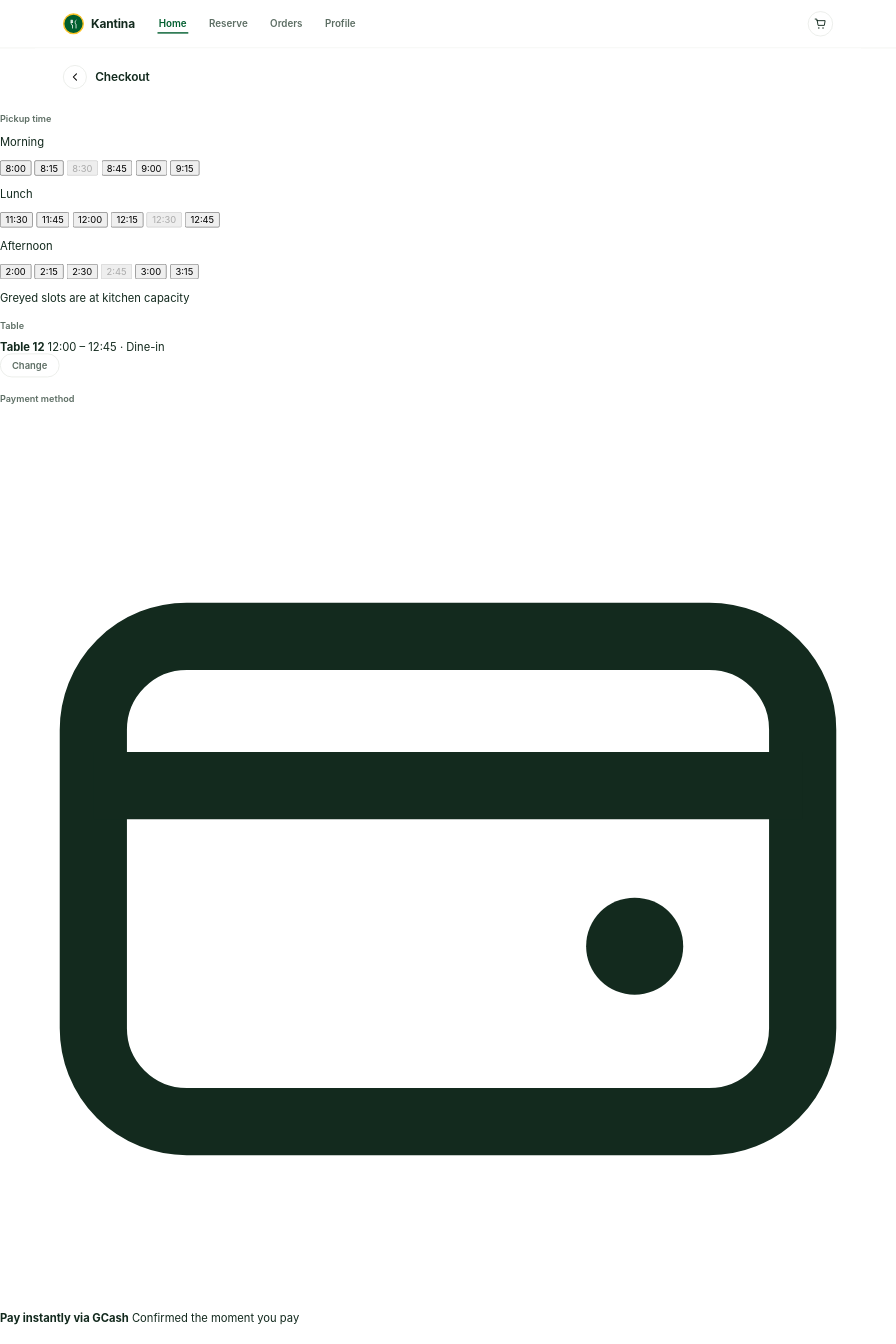
Repository: ShaneValerie/IP-Project-Kantina-Group5
Page: checkout.html
The author's editor kept a copy of each file at every save. The page is drawn from the files as they stood at one save, then again after the next save.
The browser window is 1280 px wide. The pictures show the part of the page from y = 0 to 1920 px (the page is 3266 px tall), at 70% of full size.

Above is the page before, as saved 2026-09-22 19:43:26.

### checkout.html
<!DOCTYPE html>
<html lang="en">
<head>
<meta charset="UTF-8">
<meta name="viewport" content="width=device-width, initial-scale=1, viewport-fit=cover">
<title>Checkout — Kantina</title>
<link rel="stylesheet" href="style.css">
</head>
<body class="page-checkout">
<div class="app-frame" id="screen-checkout">
  <div class="topnav">
    <div class="topnav-inner">
      <a class="topnav-brand" href="home.html">
        <span class="mark"><svg viewBox="0 0 24 24" fill="none" width="15" height="15"><path d="M6 3v8a3 3 0 0 0 3 3v7M6 3v5M9 3v5M6 8h3M17 3c-2 1.2-2 4-2 6 0 1.6.8 2.6 2 3v9" stroke="#FFFFFF" stroke-width="1.8" stroke-linecap="round" stroke-linejoin="round"/></svg></span>
        Kantina
      </a>
      <nav class="topnav-links">
        <a href="home.html" class="active">Home</a>
        <a href="#">Reserve</a>
        <a href="#">Orders</a>
        <a href="#">Profile</a>
      </nav>
      <div class="topnav-actions">
        <a class="icon-btn" href="cart.html" aria-label="Cart">
          <svg viewBox="0 0 24 24" fill="none" width="17" height="17"><path d="M6 6h15l-1.5 9h-12L6 6Zm0 0L5 3H2" stroke="currentColor" stroke-width="1.8" stroke-linecap="round" stroke-linejoin="round"/><circle cx="9" cy="20" r="1.4" fill="currentColor"/><circle cx="17" cy="20" r="1.4" fill="currentColor"/></svg>
        </a>
      </div>
    </div>
  </div>
  <div class="appbar">
    <button class="icon-btn" type="button" aria-label="Go back" onclick="history.back()">
      <svg viewBox="0 0 24 24" fill="none"><path d="M15 6l-6 6 6 6" stroke="currentColor" stroke-width="2" stroke-linecap="round" stroke-linejoin="round"/></svg>
    </button>
    <h1>Checkout</h1>
  </div>

  <div class="scroll" style="position:relative;">
    <div class="flow-body">

      <!-- Pickup time -->
      <div class="section-block">
        <h2 class="section-label">Pickup time</h2>

        <div class="time-group">
          <p class="time-group-label">Morning</p>
          <div class="slot-grid pickup-grid" role="group" aria-label="Morning pickup time">
            <button class="slot" type="button" data-time="8:00" aria-pressed="false">8:00</button>
            <button class="slot" type="button" data-time="8:15" aria-pressed="false">8:15</button>
            <button class="slot" type="button" disabled aria-disabled="true">8:30</button>
            <button class="slot" type="button" data-time="8:45" aria-pressed="false">8:45</button>
            <button class="slot" type="button" data-time="9:00" aria-pressed="false">9:00</button>
            <button class="slot" type="button" data-time="9:15" aria-pressed="false">9:15</button>
          </div>
        </div>

        <div class="time-group">
          <p class="time-group-label">Lunch</p>
          <div class="slot-grid pickup-grid" role="group" aria-label="Lunch pickup time">
            <button class="slot" type="button" data-time="11:30" aria-pressed="true">11:30</button>
            <button class="slot" type="button" data-time="11:45" aria-pressed="false">11:45</button>
            <button class="slot" type="button" data-time="12:00" aria-pressed="false">12:00</button>
            <button class="slot" type="button" data-time="12:15" aria-pressed="false">12:15</button>
            <button class="slot" type="button" disabled aria-disabled="true">12:30</button>
            <button class="slot" type="button" data-time="12:45" aria-pressed="false">12:45</button>
          </div>
        </div>

        <div class="time-group" style="margin-bottom:0;">
          <p class="time-group-label">Afternoon</p>
          <div class="slot-grid pickup-grid" role="group" aria-label="Afternoon pickup time">
            <button class="slot" type="button" data-time="2:00" aria-pressed="false">2:00</button>
            <button class="slot" type="button" data-time="2:15" aria-pressed="false">2:15</button>
            <button class="slot" type="button" data-time="2:30" aria-pressed="false">2:30</button>
            <button class="slot" type="button" disabled aria-disabled="true">2:45</button>
            <button class="slot" type="button" data-time="3:00" aria-pressed="false">3:00</button>
            <button class="slot" type="button" data-time="3:15" aria-pressed="false">3:15</button>
          </div>
        </div>

        <p class="slot-note">Greyed slots are at kitchen capacity</p>
      </div>

      <!-- Table -->
      <div class="section-block">
        <h2 class="section-label">Table</h2>
        <div class="info-row">
          <div class="info-main">
            <strong id="table-info">Table 12</strong>
            <span>12:00 – 12:45 · Dine-in</span>
          </div>
          <button class="chip" type="button" onclick="showToast('Would open Reserve a table')">Change</button>
        </div>
      </div>

      <!-- Payment -->
      <div class="section-block">
        <h2 class="section-label">Payment method</h2>
        <div class="option-list" id="payment-group" role="radiogroup" aria-label="Payment method">
          <div class="option-row" data-value="gcash" role="radio" aria-checked="true" tabindex="0">
            <span class="option-radio"></span>
            <div class="option-icon">
              <svg viewBox="0 0 24 24" fill="none"><rect x="2.5" y="6" width="19" height="13" rx="2.5" stroke="currentColor" stroke-width="1.8"/><path d="M2.5 10h19" stroke="currentColor" stroke-width="1.8"/><circle cx="17" cy="14.3" r="1.3" fill="currentColor"/></svg>
            </div>
            <div class="option-text">
              <strong>Pay instantly via GCash</strong>
              <span>Confirmed the moment you pay</span>
            </div>
          </div>
          <div class="option-row" data-value="counter" role="radio" aria-checked="false" tabindex="0">
            <span class="option-radio"></span>
            <div class="option-icon">
              <svg viewBox="0 0 24 24" fill="none"><path d="M4 8h16v9a2 2 0 0 1-2 2H6a2 2 0 0 1-2-2V8Z" stroke="currentColor" stroke-width="1.8" stroke-linejoin="round"/><path d="M8 8V6a4 4 0 0 1 8 0v2" stroke="currentColor" stroke-width="1.8"/></svg>
            </div>
            <div class="option-text">
              <strong>Pay at counter</strong>
              <span>Cash or card when you pick up</span>
            </div>
          </div>
        </div>
      </div>

    </div>

    <div class="sticky-footer">
      <div class="pay-row">
        <div class="pay-total">
          <strong>₱150</strong>
          <span>3 items · Table 12</span>
        </div>
        <button class="btn btn-primary btn-compact" type="button" id="pay-btn" onclick="handlePay()">Pay ₱150 →</button>
      </div>
    </div>

    <div class="toast" id="toast" role="status" aria-live="polite"></div>
  </div>
</div>
<script src="app.js"></script>
</body>
</html>

Loaded but not shown: app.js (109 lines, source omitted); style.css (472 lines, source omitted)

After the next save:
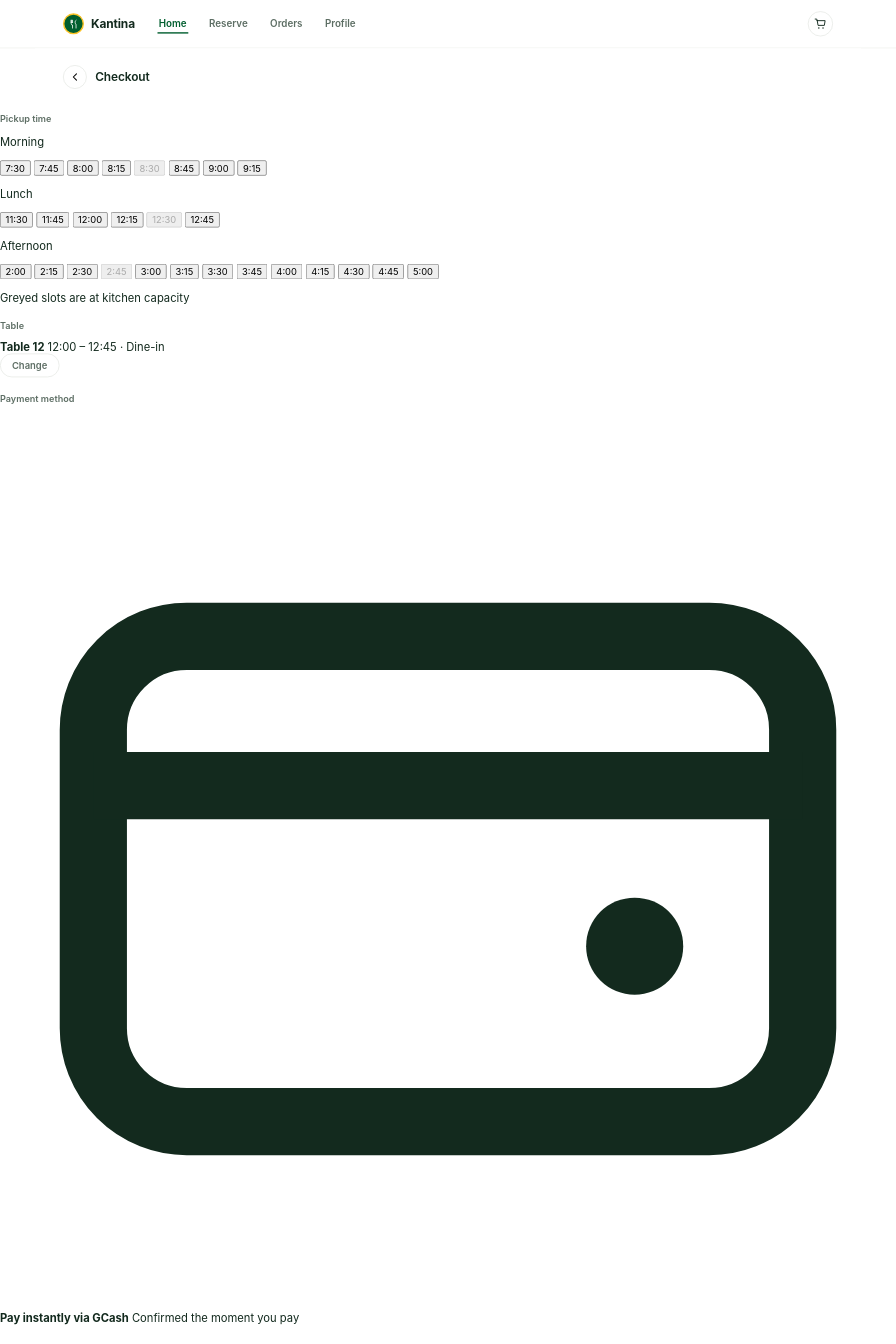
Saved 7 min 24 s later.
--- a/checkout.html
+++ b/checkout.html
@@ -44,6 +44,8 @@
         <div class="time-group">
           <p class="time-group-label">Morning</p>
           <div class="slot-grid pickup-grid" role="group" aria-label="Morning pickup time">
+            <button class="slot" type="button" data-time="7:30" aria-pressed="false">7:30</button>
+            <button class="slot" type="button" data-time="7:45" aria-pressed="false">7:45</button>
             <button class="slot" type="button" data-time="8:00" aria-pressed="false">8:00</button>
             <button class="slot" type="button" data-time="8:15" aria-pressed="false">8:15</button>
             <button class="slot" type="button" disabled aria-disabled="true">8:30</button>
@@ -74,6 +76,13 @@
             <button class="slot" type="button" disabled aria-disabled="true">2:45</button>
             <button class="slot" type="button" data-time="3:00" aria-pressed="false">3:00</button>
             <button class="slot" type="button" data-time="3:15" aria-pressed="false">3:15</button>
+            <button class="slot" type="button" data-time="3:30" aria-pressed="false">3:30</button>
+            <button class="slot" type="button" data-time="3:45" aria-pressed="false">3:45</button>
+            <button class="slot" type="button" data-time="4:00" aria-pressed="false">4:00</button>
+            <button class="slot" type="button" data-time="4:15" aria-pressed="false">4:15</button>
+            <button class="slot" type="button" data-time="4:30" aria-pressed="false">4:30</button>
+            <button class="slot" type="button" data-time="4:45" aria-pressed="false">4:45</button>
+            <button class="slot" type="button" data-time="5:00" aria-pressed="false">5:00</button>
           </div>
         </div>
 
